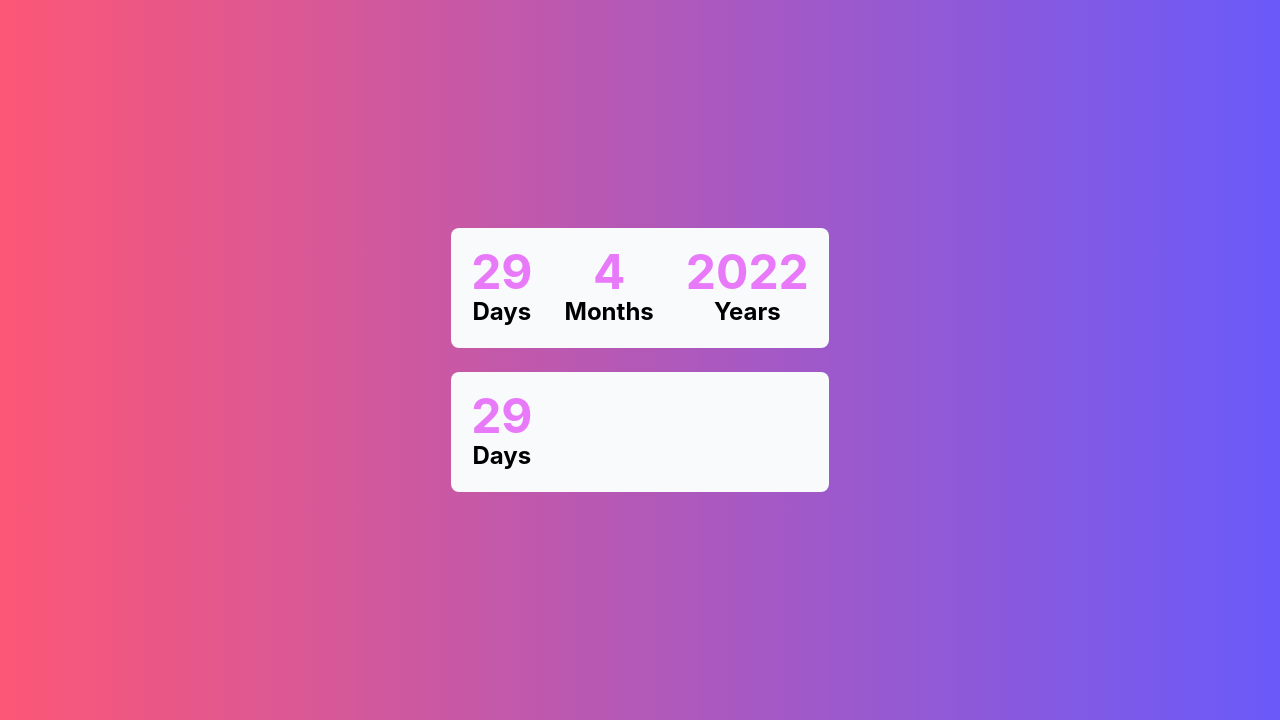
Repository: huynhsang96/bt_codegymHook
Page: /
The author's editor kept a copy of each file at every save. The page is drawn from the files as they stood at one save, then again after the next save.
The browser window is 1280 px wide. The pictures show the whole page.
The project was rebuilt for these pictures with package versions that can differ from the ones it lists, and the page was loaded fresh each time.

Above is the page before, as saved 2022-04-29 16:39:06.

### src/index.js
import React from "react";
import ReactDOM from "react-dom/client";
import "./index.css";
import App from "./App";
import reportWebVitals from "./reportWebVitals";

const root = ReactDOM.createRoot(document.getElementById("root"));
root.render(
	<React.StrictMode>
		<App />
	</React.StrictMode>
);

reportWebVitals();

### src/index.css
body {
	margin: 0;
	font-family: -apple-system, BlinkMacSystemFont, "Segoe UI", "Roboto", "Oxygen",
		"Ubuntu", "Cantarell", "Fira Sans", "Droid Sans", "Helvetica Neue",
		sans-serif;
	-webkit-font-smoothing: antialiased;
	-moz-osx-font-smoothing: grayscale;
}

code {
	font-family: source-code-pro, Menlo, Monaco, Consolas, "Courier New",
		monospace;
}
@tailwind base;
@tailwind components;
@tailwind utilities;

### src/App.js
import "./App.css";
import Clock from "./component/ClockHook/Clock";

function App() {
	return (
		<div>
			<Clock></Clock>
		</div>
	);
}

export default App;

### src/App.css
*,
*::before,
*::after {
	box-sizing: border-box;
}
* {
	margin: 0;
}

html,
body {
	height: 100%;
}
body {
	line-height: 1.5;
	-webkit-font-smoothing: antialiased;
	-webkit-tap-highlight-color: rgba(0, 0, 0, 0);

	background-image: linear-gradient(to right, #fc5776, #6a5af9);
	display: flex;
	justify-content: center;
	align-items: center;
	height: 100vh;
}

img,
picture,
video,
canvas,
svg {
	display: block;
	max-width: 100%;
}
input,
button,
textarea,
select {
	font: inherit;
	outline: none;
	border: none;
}
p,
h1,
h2,
h3,
h4,
h5,
h6 {
	overflow-wrap: break-word;
}

### src/component/ClockHook/Clock.js
import React, { useEffect, useState } from "react";

const Clock = () => {
	const [now, setNow] = useState(new Date());
	useEffect(() => {
		const timer = setInterval(() => {
			setNow(new Date());
		}, 1000);
		return () => clearInterval(timer);
	}, [now]);
	const years = now.getFullYear();
	const months = now.getMonth() + 1;
	const days = now.getDate();
	const hours = now.getHours();
	const minutes = now.getMinutes();
	const seconds = now.getSeconds();

	// console.log(seconds < 10 ? "0" + seconds : seconds);

	return (
		<div className="p-5 w-full h-full mx-auto">
			<ul className="flex flex-row gap-8 bg-slate-50 p-5 rounded-lg">
				<li className="flex flex-col justify-center text-center">
					<span className="font-bold text-5xl text-fuchsia-400">{days}</span>
					<span className="font-bold text-2xl">Days</span>
				</li>
				<li className="flex flex-col justify-center text-center">
					<span className="font-bold text-5xl text-fuchsia-400">{months}</span>
					<span className="font-bold text-2xl">Months</span>
				</li>
				<li className="flex flex-col justify-center text-center">
					<span className="font-bold text-5xl text-fuchsia-400">{years}</span>
					<span className="font-bold text-2xl">Years</span>
				</li>
			</ul>
			<br></br>
			<ul className="flex flex-row gap-8 bg-slate-50 p-5 rounded-lg">
				<li className="flex flex-col justify-center text-center">
					<span className="font-bold text-5xl text-fuchsia-400">{days}</span>
					<span className="font-bold text-2xl">Days</span>
				</li>
			</ul>
		</div>
	);
};

export default Clock;

Loaded but not shown: public/index.html (common file); src/reportWebVitals.js (common file); tailwind.config.js (common file)

After the next save:
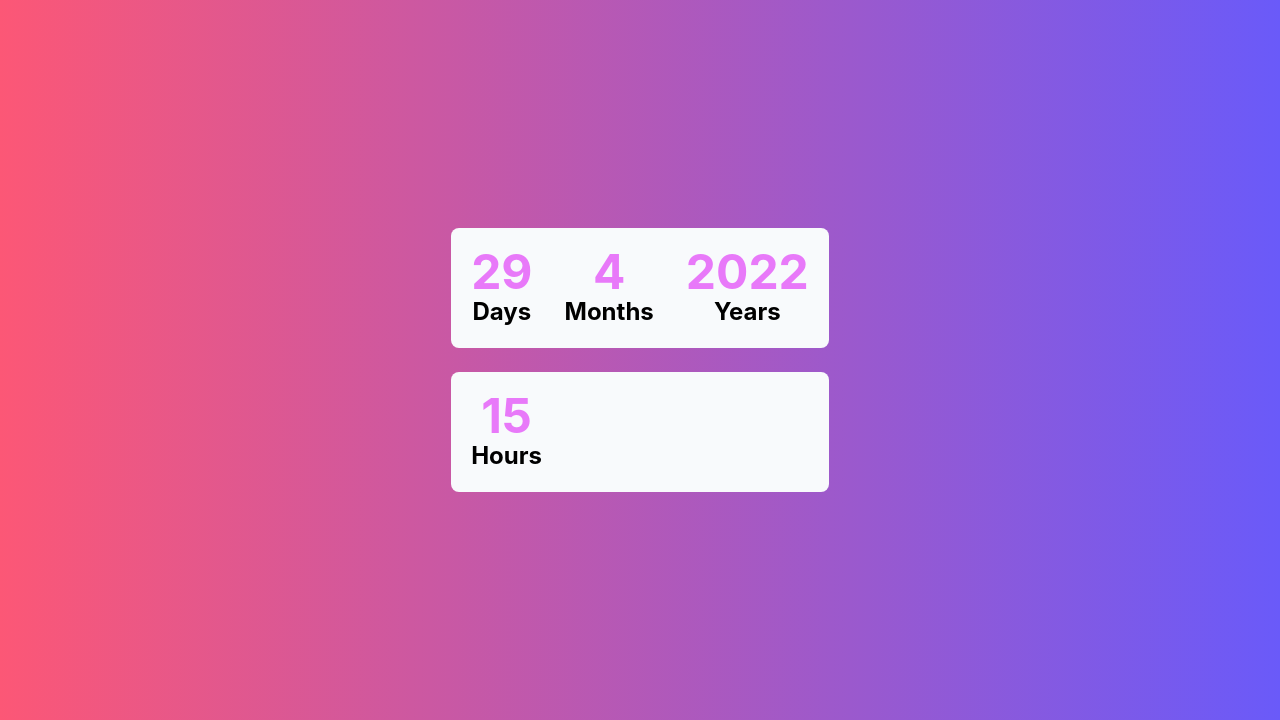
Saved 15 s later.
--- a/src/component/ClockHook/Clock.js
+++ b/src/component/ClockHook/Clock.js
@@ -36,8 +36,8 @@ const Clock = () => {
 			<br></br>
 			<ul className="flex flex-row gap-8 bg-slate-50 p-5 rounded-lg">
 				<li className="flex flex-col justify-center text-center">
-					<span className="font-bold text-5xl text-fuchsia-400">{days}</span>
-					<span className="font-bold text-2xl">Days</span>
+					<span className="font-bold text-5xl text-fuchsia-400">{hours}</span>
+					<span className="font-bold text-2xl">Hours</span>
 				</li>
 			</ul>
 		</div>
